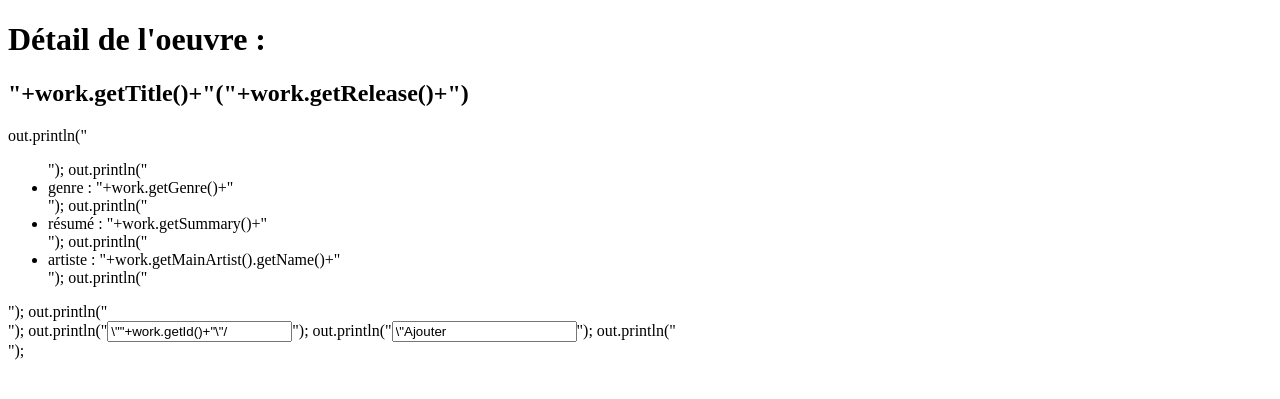
Repository: Fabff/javaWebService
Page: http://localhost/frontoffice/WEB-INF/work-details.jsp
These files come from the project's save history. The page is drawn as it stood at one moment and after the next save; the edit follows.
The browser window is 1280 px wide. The pictures show the whole page.
The page is served by Tomcat 9. Nobody is signed in. The template is opened directly, without the code that normally fills it, so the values that code supplies are empty.

Above is the page before, as saved 2023-04-22 18:53:22.

After the next save:
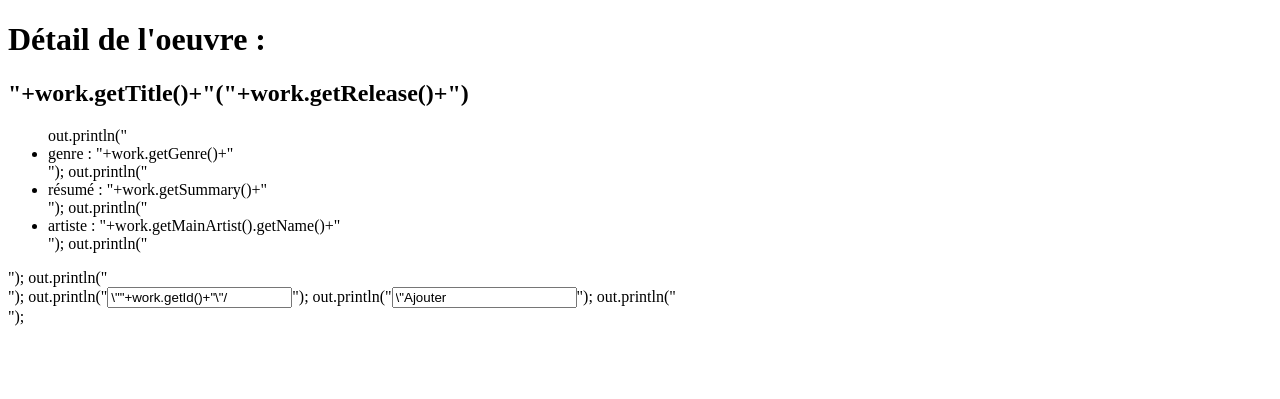
Saved 10 s later.
--- a/frontoffice/src/main/webapp/WEB-INF/work-details.jsp
+++ b/frontoffice/src/main/webapp/WEB-INF/work-details.jsp
@@ -9,7 +9,7 @@
 <body>
 <h1>Détail de l'oeuvre : </h1>
 <h2>"+work.getTitle()+"("+work.getRelease()+")</h2>
-			out.println("<ul>");
+<ul>
 			out.println("<li> genre : "+work.getGenre()+"</li>");
 			out.println("<li> résumé : "+work.getSummary()+"</li>");
 			out.println("<li> artiste : "+work.getMainArtist().getName()+"</li>");
